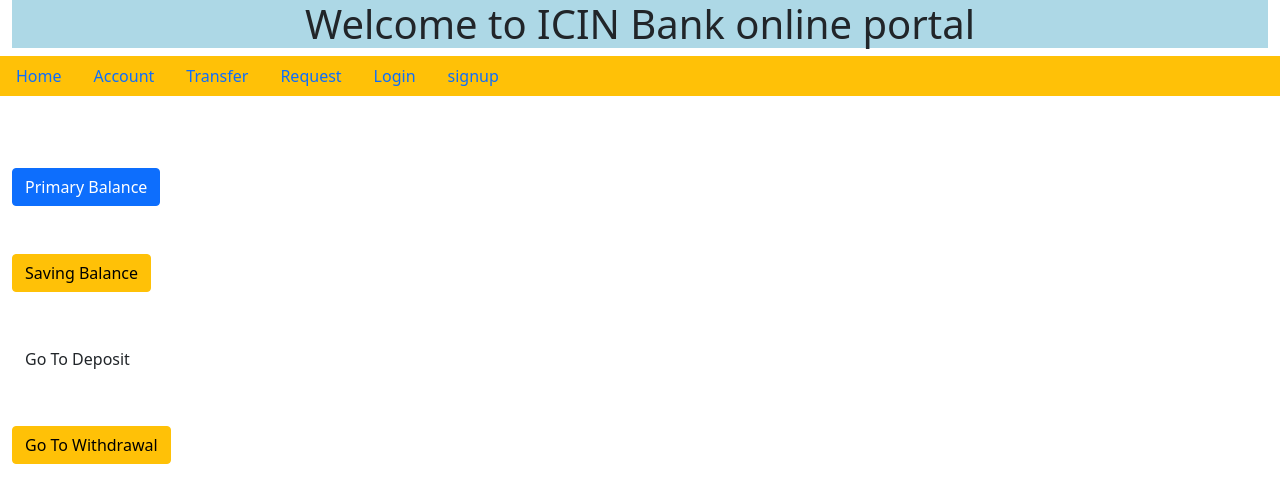
Repository: jha6435/phase3Revision
Page: http://localhost/IcinHome
The author's editor kept a copy of each file at every save. The page is drawn from the files as they stood at one save, then again after the next save.
The browser window is 1280 px wide. The pictures show the whole page.
The page is this project's Thymeleaf template; nobody is signed in. The template is opened directly, without the code that normally fills it, so the values that code supplies are empty.

Above is the page before, as saved 2023-07-06 10:06:07.

### ICIN_Banking_Project/src/main/resources/templates/IcinHome.html
<html lang="en">
<head>
    <meta charset="UTF-8">
    <meta name="viewport" content="width=device-width, initial-scale=1.0">
    <title>Document</title>

    <link href="https://cdn.jsdelivr.net/npm/bootstrap@5.0.2/dist/css/bootstrap.min.css" rel="stylesheet" integrity="sha384-EVSTQN3/azprG1Anm3QDgpJLIm9Nao0Yz1ztcQTwFspd3yD65VohhpuuCOmLASjC" crossorigin="anonymous">
<style>
    h1{text-align: center;background-color: lightblue;width: auto;}
</style>
</head>
<body>
   <div class="container-fluid">
    <h1>Welcome to ICIN Bank online portal</h1>
    <div class="row">
       <ul class="nav navbar-light bg-warning">
  <li class="nav-item">
    <a class="nav-link active" aria-current="page" href="home">Home</a>
  </li>
  <li class="nav-item">
    <a class="nav-link" href="account">Account</a>
  </li>
  <li class="nav-item">
    <a class="nav-link" href="#">Transfer</a>
  </li>
  <li class="nav-item">
    <a class="nav-link" href="request">Request</a>
  </li>
  <li class="nav-item">
    <a class="nav-link" href="login">Login</a>
  </li>
  <li class="nav-item">
    <a class="nav-link" href="register">signup</a>
  </li>
</ul>
    </div>
    <br>
    <br>
    <br>
    <button class="btn btn-primary"type="button">Primary Balance</button>
    <br>
    <br>
    <br>
    <button class="btn btn-warning"type="button">Saving Balance</button>
     <br>
    <br>
    <br>
    <button class="btn btn-sucess"type="button">Go To Deposit </button>
     <br>
    <br>
    <br>
    <button class="btn btn-warning"type="button">Go To Withdrawal </button>
   </div>

</body>
</html>

After the next save:
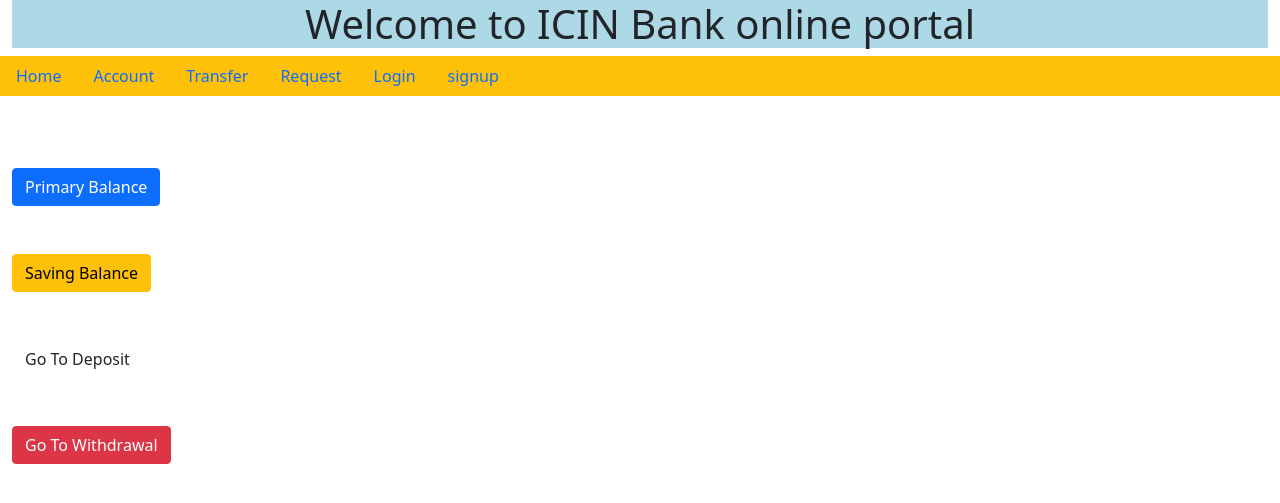
Saved 24 s later.
--- a/ICIN_Banking_Project/src/main/resources/templates/IcinHome.html
+++ b/ICIN_Banking_Project/src/main/resources/templates/IcinHome.html
@@ -49,7 +49,7 @@
      <br>
     <br>
     <br>
-    <button class="btn btn-warning"type="button">Go To Withdrawal </button>
+    <button class="btn btn-danger"type="button">Go To Withdrawal </button>
    </div>
 
 </body>
